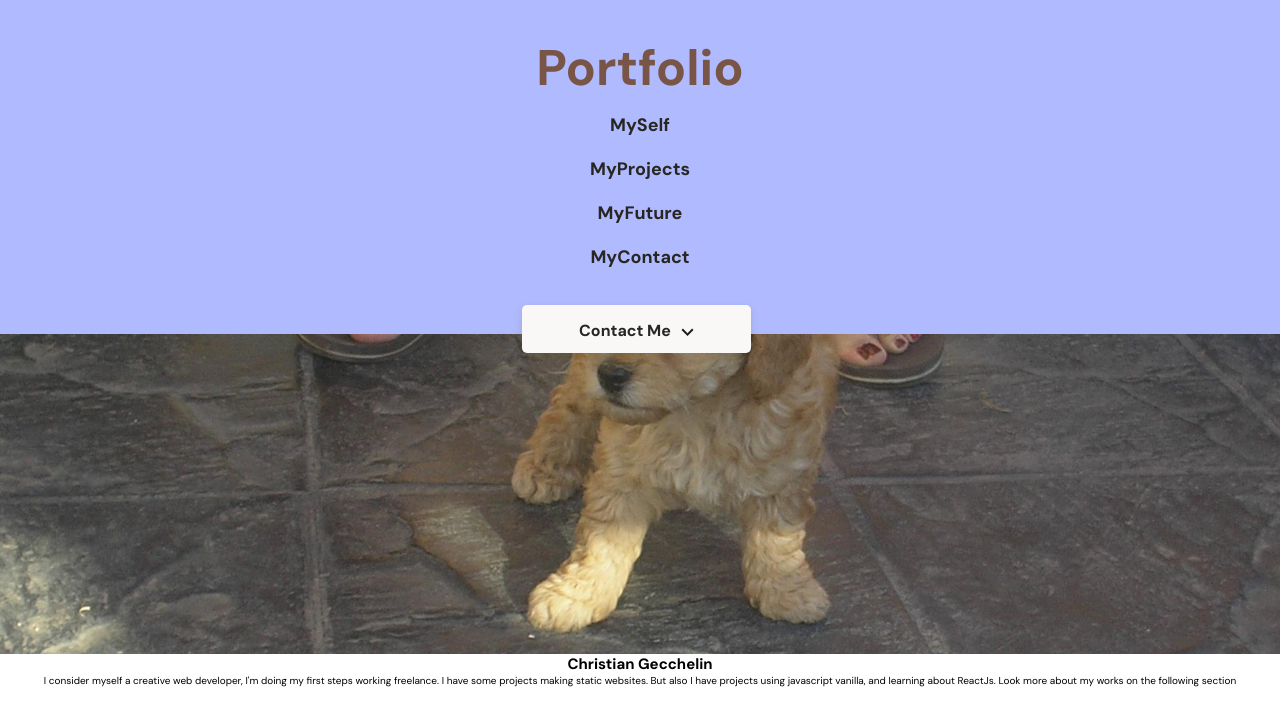
Repository: ChristianGecchelin/PortfolioOnline
Page: index.html
An editor plug-in stored every save of this project. The page is shown before and after the next save, followed by the edit.
The browser window is 1280 px wide. The pictures show the whole page.

Above is the page before, as saved 2022-01-08 20:13:08.

### index.html
<!DOCTYPE html>
<html lang="en">
  <head>
    <meta charset="UTF-8" />
    <meta http-equiv="X-UA-Compatible" content="IE=edge" />
    <meta name="viewport" content="width=device-width, initial-scale=1.0" />
    <title>Portfolio Christian</title>
    <link rel="preconnect" href="https://fonts.googleapis.com" />
    <link rel="preconnect" href="https://fonts.gstatic.com" crossorigin />
    <link
      href="https://fonts.googleapis.com/css2?family=DM+Sans:wght@400;500;700&family=Inter:wght@300;500&display=swap"
      rel="stylesheet"
    />
    <link rel="stylesheet" href="./styles/styles.css" />
  </head>
  <body>
    <header>
      <nav>
        <h1>Portfolio</h1>
        <ul class="list-container">
          <li class="list-container-link">
            <a class="" href="">MySelf</a>
          </li>
          <li class="list-container-link">
            <a class="" href="">MyProjects</a>
          </li>
          <li class="list-container-link">
            <a class="" href="">MyFuture</a>
          </li>
          <li class="list-container-link">
            <a class="" href="">MyContact</a>
          </li>
        </ul>
        <a class="header--nav-button" href="#MyContact">
          Contact Me<span></span
        ></a>
      </nav>
    </header>
    <main>
      <section class="principalContainer-mySelf"></section>
      <div class="principalContainer-mySelf--image">
        <div class="image-cv"></div>
      </div>
      <div class="principalContainer-mySelf--information">
        <h2>Christian Gecchelin</h2>
        <p>
          I consider myself a creative web developer, I'm doing my first steps
          working freelance. I have some projects making static websites. But
          also I have projects using javascript vanilla, and learning about
          ReactJs. Look more about my works on the following section
        </p>
      </div>
      <section class="principalContainer-myProject"></section>
      <section class="principalContainer-myFuture"></section>
      <section class="principalContainer-myContact"></section>
    </main>
  </body>
</html>

### styles/styles.css
:root {
  --strong-orange: #f7931a;
  --soft-orange: #ffe9d5;
  --secondary-blue: #1a9af7;
  --soft-blue: #e7f5ff;
  --warm-black: #201e1c;
  --black: #282623;
  --grey: #bababa;
  --off-white: #faf8f7;
  --just-white: #fff;
  --light-violet: #b0bbff;
  --strong-violet: #5764b3;
  --skin-color: #ffecb0;
  --yellow-skin-color: #fff3c9;
  --almost-brown: #b3a169;
}
* {
  box-sizing: border-box;
  margin: 0;
  padding: 0;
}
html {
  font-size: 62.5%;
  font-family: "DM Sans", sans-serif;
}
header {
  display: flex;
  flex-direction: column;
  justify-content: center;
  height: 334px;
  background: var(--light-violet);
  text-align: center;
}
header nav {
  flex-direction: column;
  justify-content: center;
  width: 90%;
  min-width: 288px;
  height: 218px;
  align-self: center;
  text-align: center;
  margin-top: -30px;
}
header nav h1 {
  font-size: 5rem;
  font-weight: 700;
  line-height: 5rem;
  color: #795548;
}

header nav .list-container-link {
  margin-top: 20px;
  list-style: none;
}
header nav .list-container-link a {
  font-size: 1.8rem;
  font-weight: 700;
  line-height: 2.4rem;
  text-decoration: none;
  color: var(--black);
}

header nav .header--nav-button {
  position: absolute;
  top: 270px;
  left: calc(50% - 118px);
  display: block;
  margin-top: 35px;
  padding: 15px;
  width: 229px;
  height: 48px;
  background-color: var(--off-white);
  font-size: 1.6rem;
  font-weight: 700;
  text-decoration: none;
  color: var(--black);
  box-shadow: 0px 4px 8px rgba(89, 73, 30, 0.16);
  border: none;
  border-radius: 5px;
}
header nav .header--nav-button span {
  display: inline-block;
  width: 13px;
  height: 8px;
  margin-left: 10px;
  background-image: url(../assets/icons/down-arrow.svg);
}
main {
  width: 100%;
  height: auto;
}
main .principalContainer-mySelf {
  display: flex;
  flex-direction: column;
  justify-content: center;
  width: 90%;
  min-width: 320px;
  height: auto;
  text-align: center;
}
.principalContainer-mySelf--image .image-cv {
  min-width: 320px;
  height: 320px; /* luego en las otras resos lo agrando */
  margin: 0 auto;
  background-image: url(../assets/images/IMG_4340.JPG);
  background-size: cover;
  background-position: center;
  background-repeat: no-repeat;
}
.principalContainer-mySelf--information {
  text-align: center;
}

After the next save:
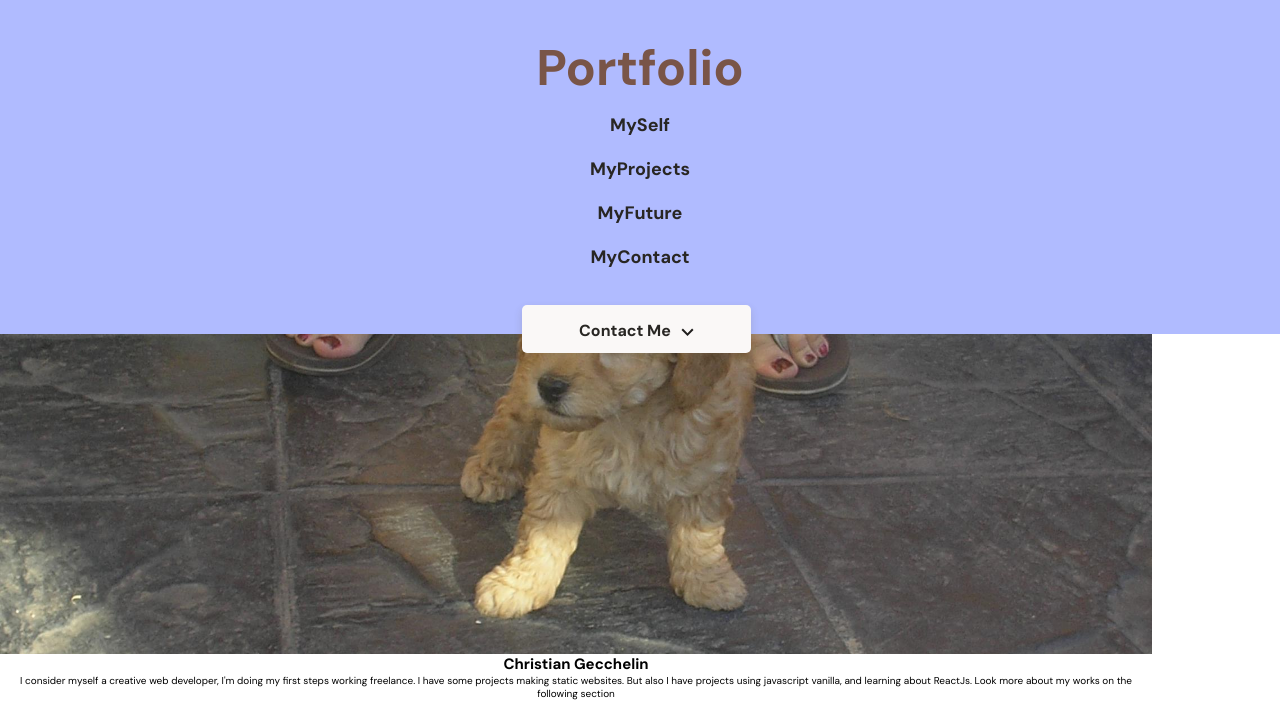
Saved 82 s later.
--- a/index.html
+++ b/index.html
@@ -37,19 +37,21 @@
       </nav>
     </header>
     <main>
-      <section class="principalContainer-mySelf"></section>
-      <div class="principalContainer-mySelf--image">
-        <div class="image-cv"></div>
-      </div>
-      <div class="principalContainer-mySelf--information">
-        <h2>Christian Gecchelin</h2>
-        <p>
-          I consider myself a creative web developer, I'm doing my first steps
-          working freelance. I have some projects making static websites. But
-          also I have projects using javascript vanilla, and learning about
-          ReactJs. Look more about my works on the following section
-        </p>
-      </div>
+      <section class="principalContainer-mySelf">
+        <div class="principalContainer-mySelf--image">
+          <div class="image-cv"></div>
+        </div>
+        <div class="principalContainer-mySelf--information">
+          <h2>Christian Gecchelin</h2>
+          <p>
+            I consider myself a creative web developer, I'm doing my first steps
+            working freelance. I have some projects making static websites. But
+            also I have projects using javascript vanilla, and learning about
+            ReactJs. Look more about my works on the following section
+          </p>
+        </div>
+      </section>
+
       <section class="principalContainer-myProject"></section>
       <section class="principalContainer-myFuture"></section>
       <section class="principalContainer-myContact"></section>

After the save that followed:
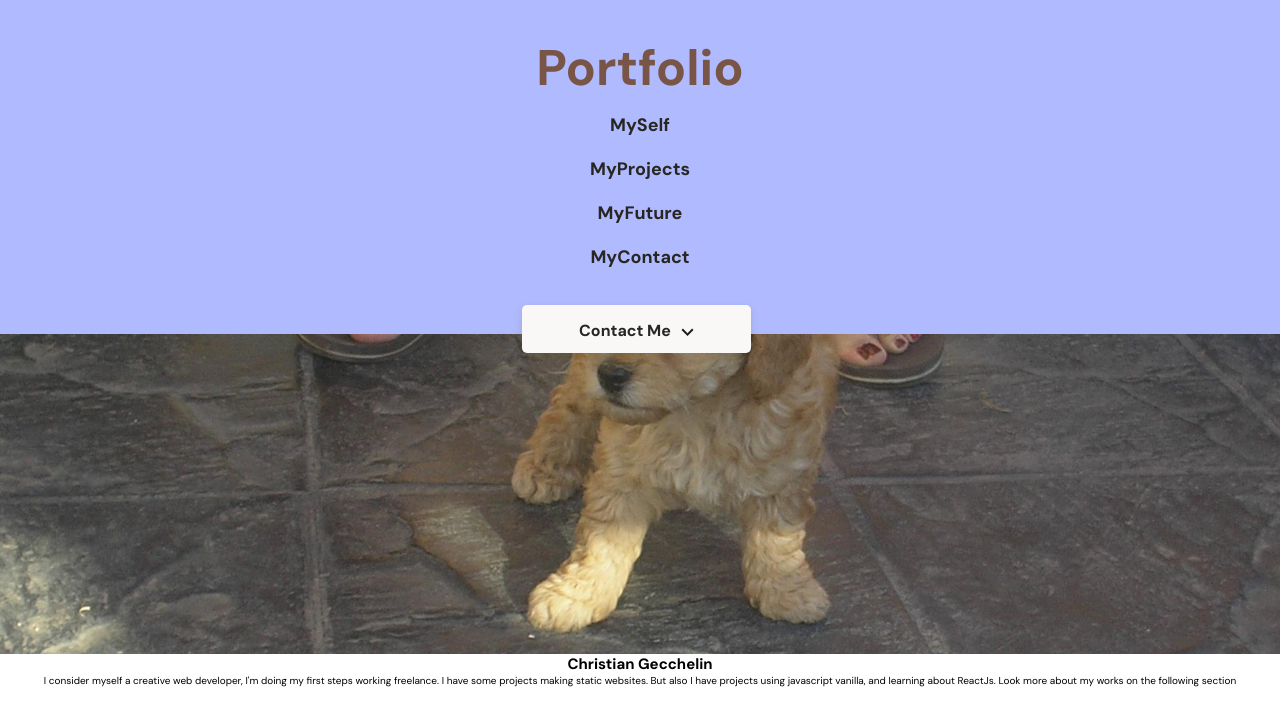
Saved 80 s later.
--- a/styles/styles.css
+++ b/styles/styles.css
@@ -93,7 +93,7 @@ main .principalContainer-mySelf {
   display: flex;
   flex-direction: column;
   justify-content: center;
-  width: 90%;
+  width: 100%;
   min-width: 320px;
   height: auto;
   text-align: center;
